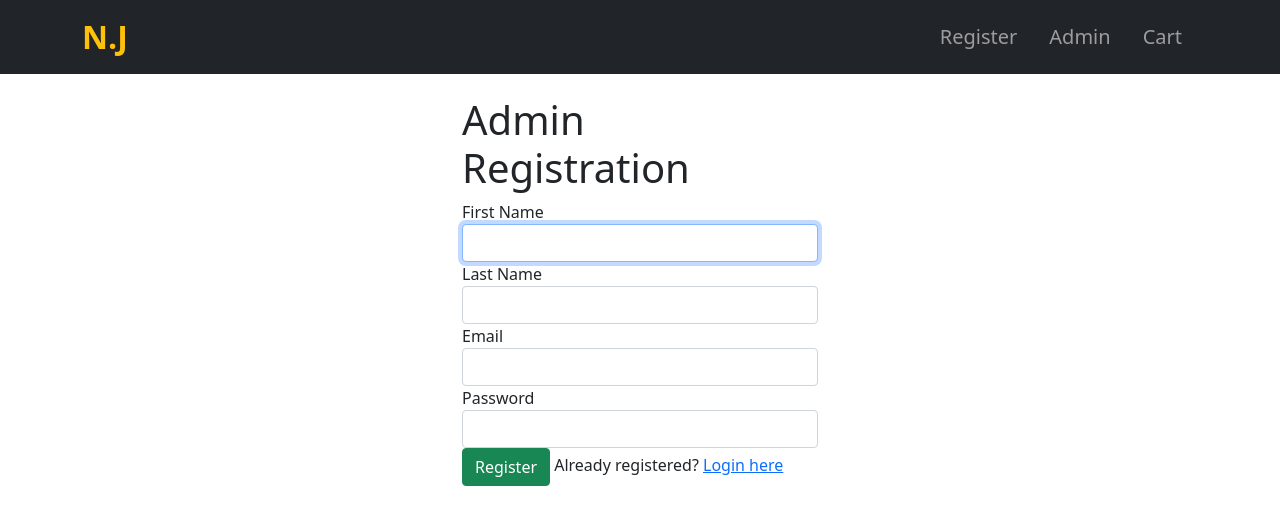
Repository: Niks4u2/SportyShoes
Page: http://localhost/adminregistration
An editor plug-in stored every save of this project. The page is shown before and after the next save, followed by the edit.
The browser window is 1280 px wide. The pictures show the whole page.
Some web libraries are served in a nearby version. The page is this project's Thymeleaf template; nobody is signed in. The template is opened directly, without the code that normally fills it, so the values that code supplies are empty.

Above is the page before, as saved 2021-11-08 12:27:22.

After the next save:
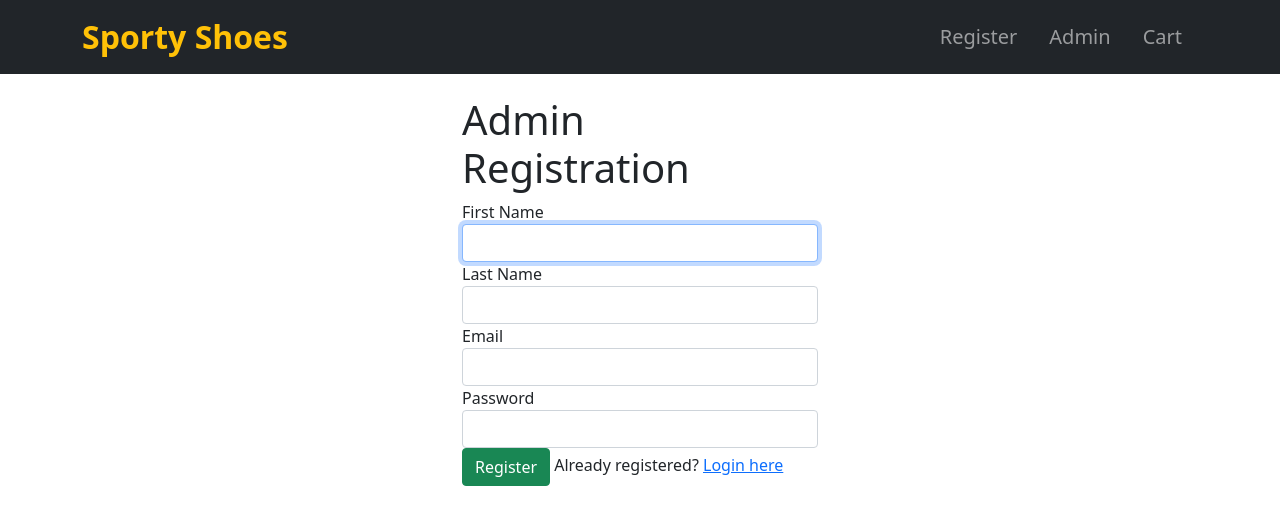
Saved 15 s later.
--- a/Source Code/sporty-shoes/src/main/resources/templates/adminregistration.html
+++ b/Source Code/sporty-shoes/src/main/resources/templates/adminregistration.html
@@ -15,7 +15,7 @@
     <!-- Navbar -->
     <nav class="navbar navbar-expand-lg bg-dark navbar-dark fixed-top">
         <div class="container">
-            <a href="#" class="navbar-brand text-warning fw-bold fs-2 animate__animated animate__bounce">N.J</a>
+            <a href="#" class="navbar-brand text-warning fw-bold fs-2 animate__animated animate__bounce">Sporty Shoes</a>
             <button class="navbar-toggler" type="button" data-bs-toggle="collapse" data-bs-target="#navmenu">
                 <span class="navbar-toggler-icon"></span>
             </button>
